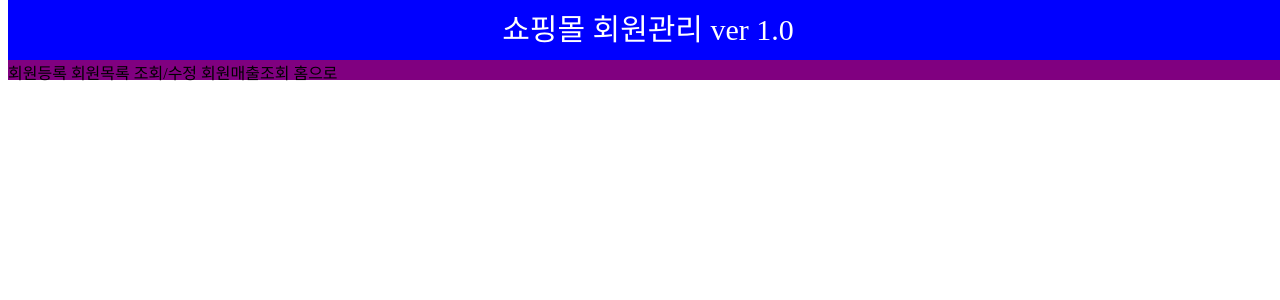
Repository: haileylee94/mini-project
Page: http://localhost/hrd/
An editor plug-in stored every save of this project. The page is shown before and after the next save, followed by the edit.
The browser window is 1280 px wide. The pictures show the whole page.
The page is served by Tomcat 9.

Above is the page before, as saved 2022-11-17 09:18:24.

After the next save:
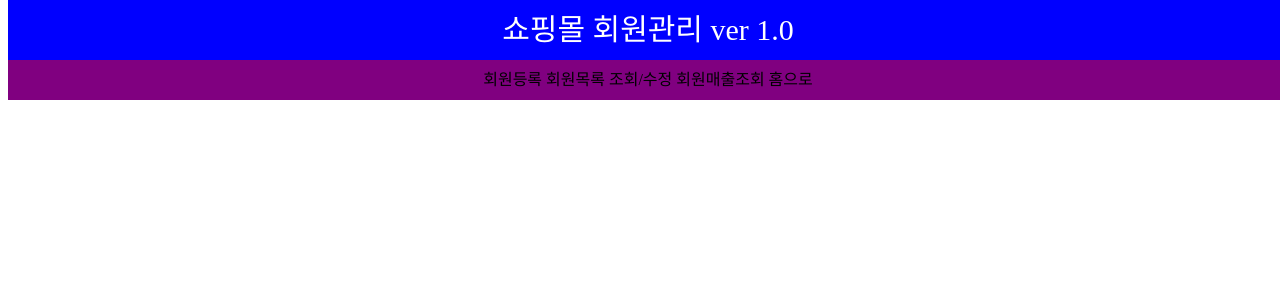
Saved 44 s later.
--- a/hrd/WebContent/index.jsp
+++ b/hrd/WebContent/index.jsp
@@ -21,8 +21,10 @@
 		position: fixed;
 		top: 60px;
 		width: 100%;
-		height: 20px;
+		height: 40px;
 		background-color: purple;
+		text-align: center;
+		line-height: 40px;
 	}
 </style>
 </head>
